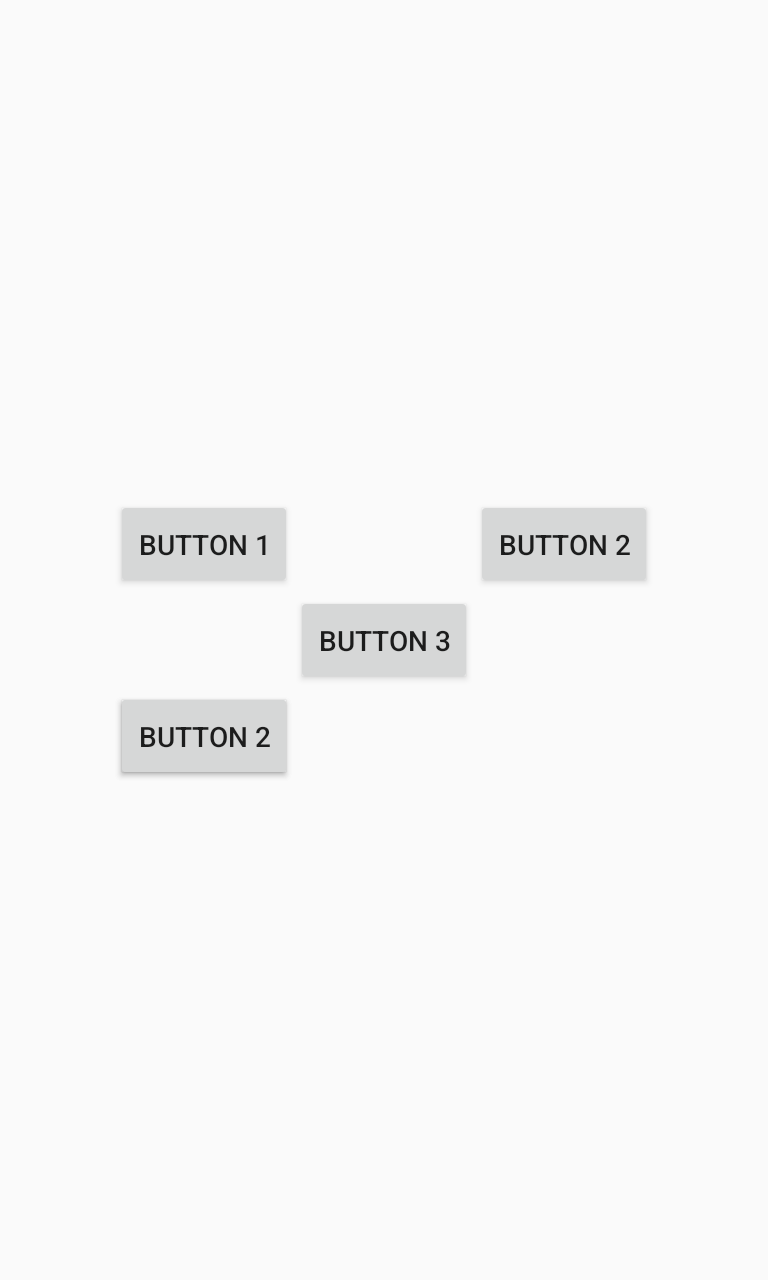
Repository: guyuzhilian/Programs
Layout: Android/UILayoutTest/res/layout/activity_main.xml
An editor plug-in stored every save of this project. The layout is shown before and after the next save, followed by the edit.
It is drawn on a 768 x 1280 px phone screen (xhdpi) without system bars, with theme AppTheme; the app's code is not run.

Above is the layout before, as saved 2015-06-25 08:40:38.

### Android/UILayoutTest/res/layout/activity_main.xml
<RelativeLayout xmlns:android="http://schemas.android.com/apk/res/android"
    android:layout_width="match_parent"
    android:layout_height="match_parent" >

	<Button
	    android:id="@+id/button3"
	    android:layout_width="wrap_content"
	    android:layout_height="wrap_content"
	    android:layout_centerInParent="true"
	    android:text="Button 3" />

	<Button
	    android:id="@+id/button1"
	    android:layout_width="wrap_content"
	    android:layout_height="wrap_content"
	    android:layout_above="@id/button3"
	    android:layout_toLeftOf="@id/button3"
	    android:text="Button 1" />

	<Button
	    android:id="@+id/button2"
	    android:layout_width="wrap_content"
	    android:layout_height="wrap_content"
	    android:layout_above="@id/button3"
	    android:layout_toRightOf="@id/button3"
	    android:text="Button 2" />

	<Button
	    android:id="@+id/button4"
	    android:layout_width="wrap_content"
	    android:layout_height="wrap_content"
	    android:layout_below="@id/button3"
	    android:layout_toLeftOf="@id/button3"
	    android:text="Button 4" />

	<Button
	    android:id="@+id/button2"
	    android:layout_width="wrap_content"
	    android:layout_height="wrap_content"
	    android:layout_below="@id/button3"
	    android:layout_toLeftOf="@id/button3"
	    android:text="Button 2" />
</RelativeLayout>

Loaded but not shown: Android/UILayoutTest/res/values/styles.xml (common file); Android/UILayoutTest/res/values-v11/styles.xml (common file); Android/UILayoutTest/res/values-v14/styles.xml (common file)

After the next save:
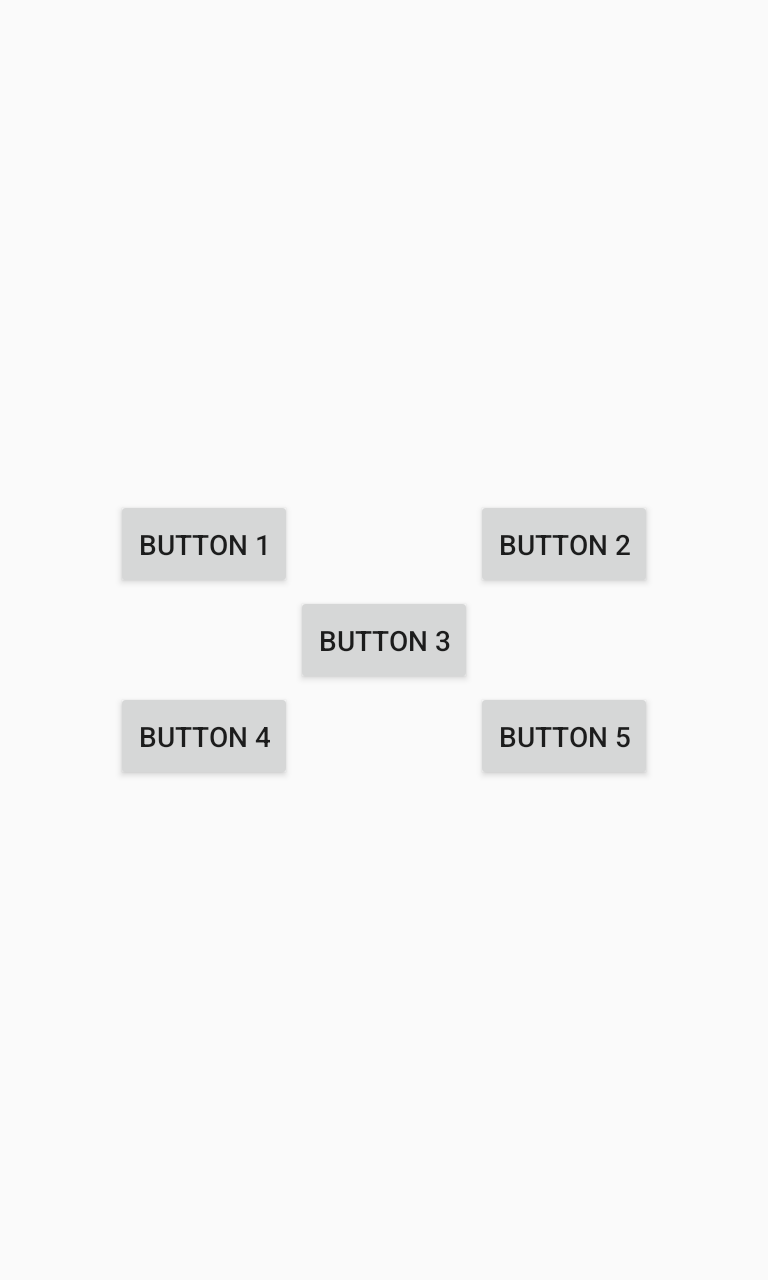
Saved 9 s later.
--- a/Android/UILayoutTest/res/layout/activity_main.xml
+++ b/Android/UILayoutTest/res/layout/activity_main.xml
@@ -34,10 +34,10 @@
 	    android:text="Button 4" />
 
 	<Button
-	    android:id="@+id/button2"
+	    android:id="@+id/button5"
 	    android:layout_width="wrap_content"
 	    android:layout_height="wrap_content"
 	    android:layout_below="@id/button3"
-	    android:layout_toLeftOf="@id/button3"
-	    android:text="Button 2" />
+	    android:layout_toRightOf="@id/button3"
+	    android:text="Button 5" />
 </RelativeLayout>
